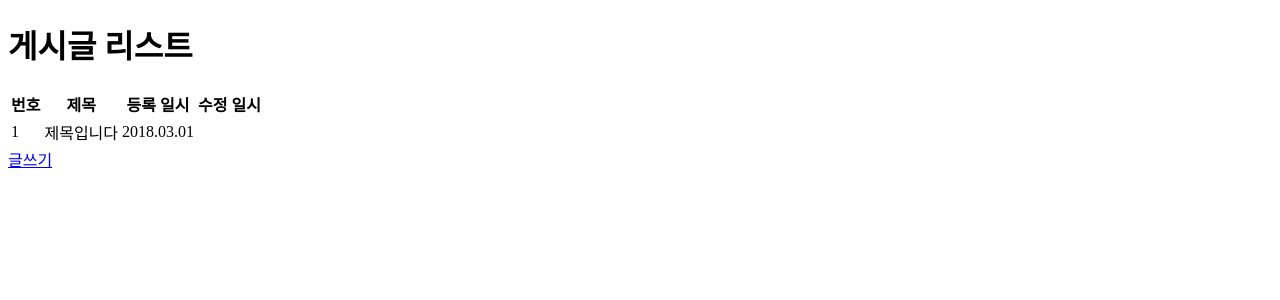
Repository: sandartchip/Board_v01
Page: Board_v01/firstjsp/WebContent/Copy of index.html
These files come from the project's save history. The page is drawn as it stood at one moment and after the next save; the edit follows.
The browser window is 1280 px wide. The pictures show the whole page.

Above is the page before, as saved 2019-03-18 03:43:50.

After the next save:
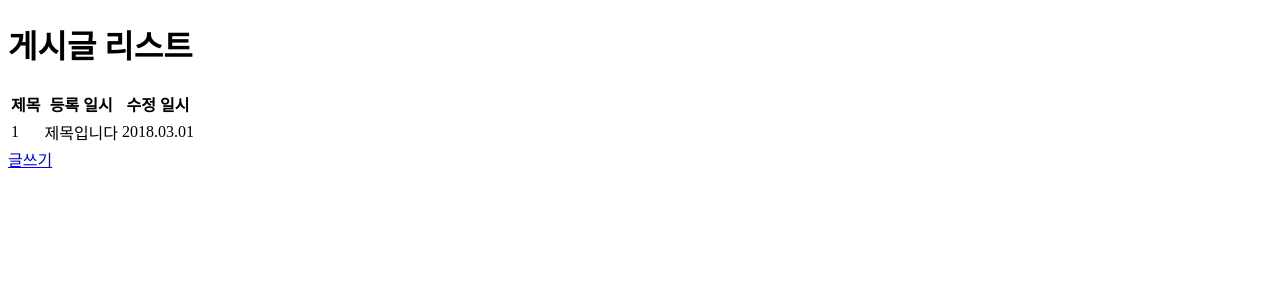
Saved 15 s later.
--- a/Board_v01/firstjsp/WebContent/Copy of index.html
+++ b/Board_v01/firstjsp/WebContent/Copy of index.html
@@ -8,7 +8,6 @@
 	<h1>게시글 리스트</h1>
 	<table>
 		<tr>
-			<th>번호</th>
 			<th>제목</th>
 			<th>등록 일시</th>
 			<th>수정 일시</th>
